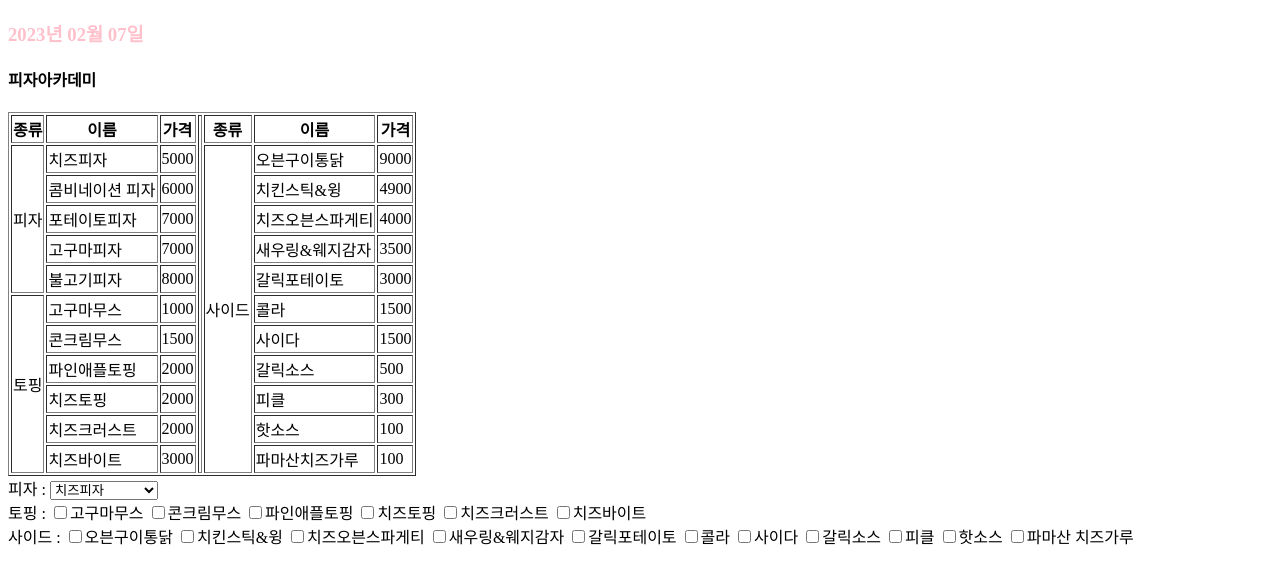
Repository: yejin0220/Web-workspace1
Page: http://localhost/2_JSP/views/04_PizzaOrderForm.jsp
These files come from the project's save history. The page is drawn as it stood at one moment and after the next save; the edit follows.
The browser window is 1280 px wide. The pictures show the whole page.
The page is served by Tomcat 9.

Above is the page before, as saved 2023-02-09 01:12:52.

After the next save:
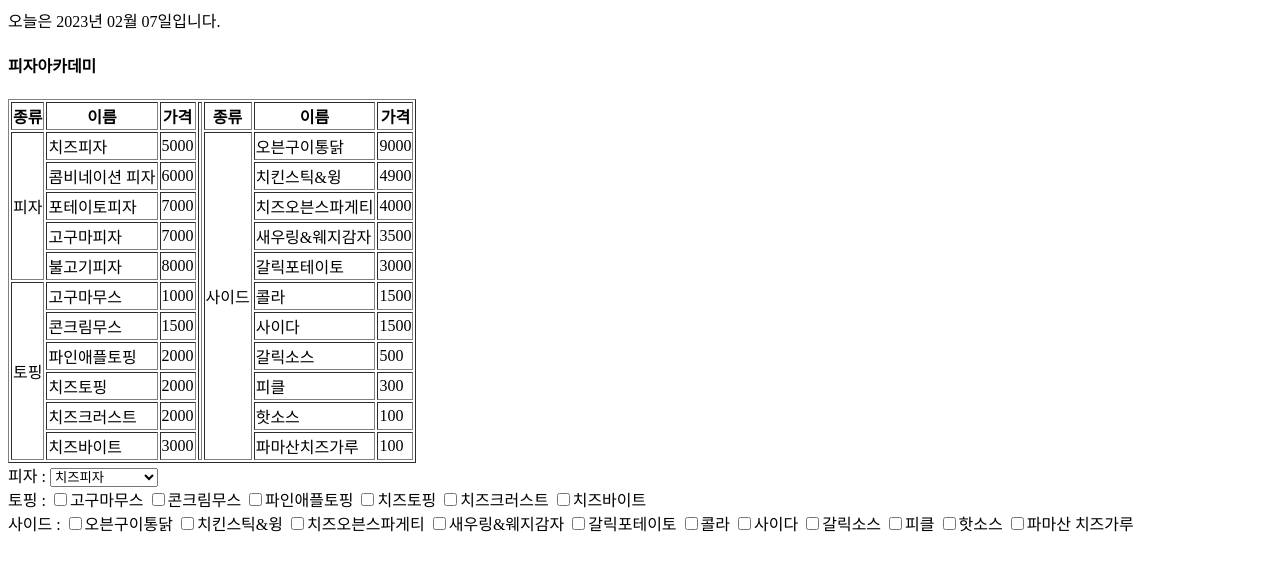
Saved 31 s later.
--- a/2_JSP/WebContent/views/04_PizzaOrderForm.jsp
+++ b/2_JSP/WebContent/views/04_PizzaOrderForm.jsp
@@ -20,7 +20,7 @@
 
 	%>
 
-	<h3><%= today %></h3>
+	오늘은 <span><%= today %></span>입니다.
 
 	<h4>피자아카데미</h4>
 
